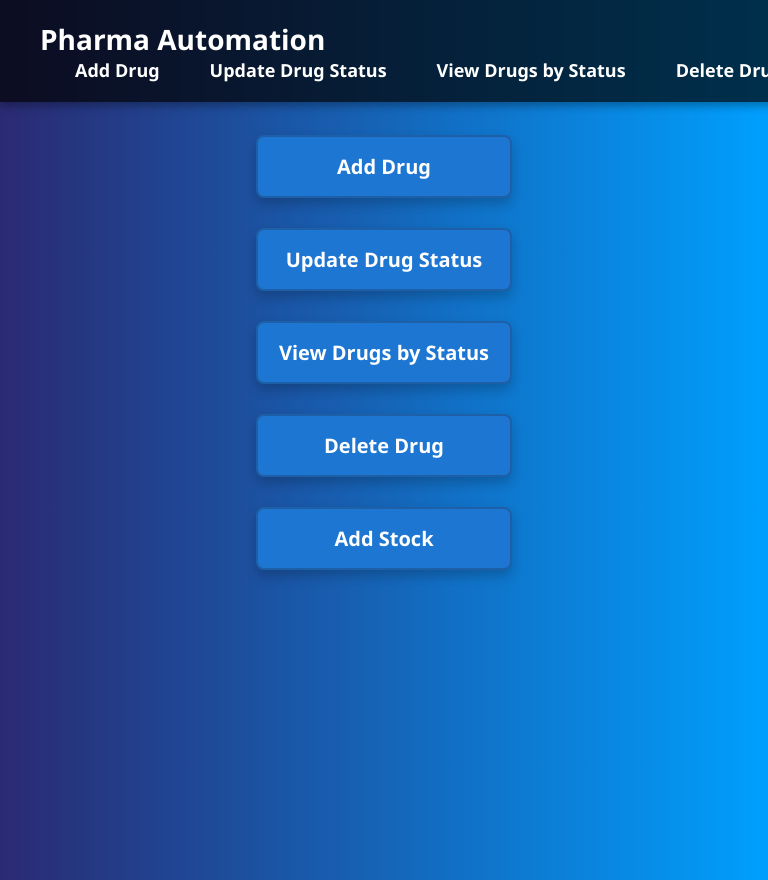
Repository: Clarrieous/Infosys-intern
Page: http://localhost/index
The author's editor kept a copy of each file at every save. The page is drawn from the files as they stood at one save, then again after the next save.
The browser window is 768 px wide. The pictures show the whole page.
The page is this project's Thymeleaf template; nobody is signed in. The template is opened directly, without the code that normally fills it, so the values that code supplies are empty.

Above is the page before, as saved 2024-12-08 12:31:34.

### ClientService/src/main/resources/templates/index.html
<!DOCTYPE html>
<html xmlns:th="http://www.thymeleaf.org">
<head>
    <meta charset="UTF-8">
    <meta name="viewport" content="width=device-width, initial-scale=1.0">
    <title>Pharma Automation System</title>
    <style>
        body {
            font-family: 'Segoe UI', Tahoma, Geneva, Verdana, sans-serif;
            margin: 0;
            padding: 0;
            background: linear-gradient(to right, #2a2a72, #009ffd);
            color: #fff;
            height: 100vh;
            display: flex;
            flex-direction: column;
            align-items: center;
            padding-top: 80px; /* Added space for the fixed navbar */
        }

        .navbar {
            width: 100%;
            position: fixed; /* Fix the navbar to the top */
            top: 0;
            left: 0;
            display: flex;
            justify-content: space-between;
            align-items: center;
            padding: 20px 40px;
            background-color: rgba(0, 0, 0, 0.7);
            box-shadow: 0 4px 8px rgba(0, 0, 0, 0.3);
            z-index: 1000; /* Ensure navbar stays on top */
            flex-wrap: wrap; /* Allow wrapping on smaller screens */
        }

        .navbar h1 {
            margin: 0;
            font-size: 28px;
            font-weight: bold;
            color: #fff;
        }

        .navbar ul {
            list-style-type: none;
            margin: 0;
            padding: 0;
            display: flex;
            flex-wrap: wrap; /* Ensure items wrap on small screens */
        }

        .navbar ul li {
            margin-left: 20px;
        }

        .navbar ul li a {
            color: white;
            text-decoration: none;
            font-size: 18px;
            font-weight: 600;
            transition: color 0.3s;
            padding: 10px 15px;
            border-radius: 4px;
        }

        .navbar ul li a:hover {
            background-color: #1873b7;
            color: white;
        }

        .button-list {
            display: flex;
            flex-direction: column;
            justify-content: center;
            align-items: center;
            margin-top: 40px;
        }

        .button-list a {
            display: block;
            width: 220px;
            text-align: center;
            padding: 16px;
            margin: 15px 0;
            font-size: 20px;
            font-weight: bold;
            color: #fff;
            background-color: #1c76d2;
            text-decoration: none;
            border: 2px solid #1e60a8;
            border-radius: 8px;
            transition: all 0.3s ease;
            box-shadow: 0 6px 12px rgba(0, 0, 0, 0.2);
        }

        .button-list a:hover {
            background-color: #1873b7;
            color: white;
            transform: translateY(-5px);
            box-shadow: 0 8px 16px rgba(0, 0, 0, 0.3);
        }


    </style>
</head>
<body>

    <div class="navbar">
        <h1>Pharma Automation</h1>
        <ul>
            <li><a th:href="@{/addDrug}">Add Drug</a></li>
            <li><a th:href="@{/updateStatus}">Update Drug Status</a></li>
            <li><a th:href="@{/viewDrugStatus}">View Drugs by Status</a></li>
            <li><a th:href="@{/deleteDrug}">Delete Drug</a></li>
        </ul>
    </div>

    <div class="button-list">
        <a th:href="@{/addDrug}">Add Drug</a>
        <a th:href="@{/updateStatus}">Update Drug Status</a>
        <a th:href="@{/viewDrugStatus}">View Drugs by Status</a>
        <a th:href="@{/deleteDrug}">Delete Drug</a>
        <a th:href="@{/addStock}">Add Stock</a>
    </div>

</body>
</html>

After the next save:
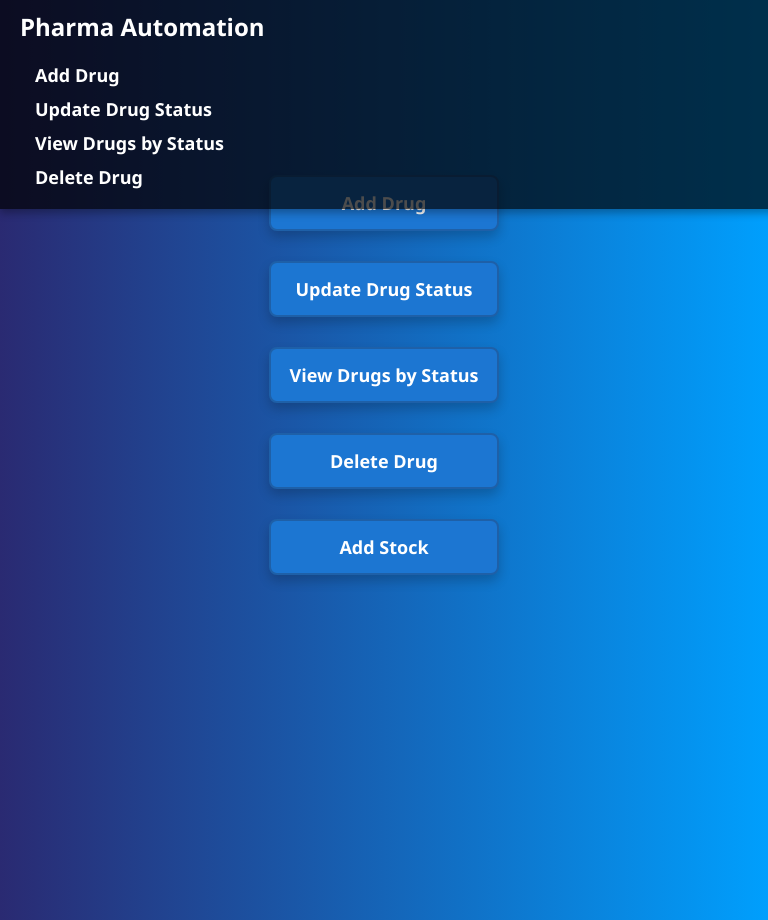
Saved 116 s later.
--- a/ClientService/src/main/resources/templates/index.html
+++ b/ClientService/src/main/resources/templates/index.html
@@ -15,7 +15,7 @@
             display: flex;
             flex-direction: column;
             align-items: center;
-            padding-top: 80px; /* Added space for the fixed navbar */
+            padding-top: 120px; /* Increased space for the fixed navbar */
         }
 
         .navbar {
@@ -99,7 +99,35 @@
             box-shadow: 0 8px 16px rgba(0, 0, 0, 0.3);
         }
 
+        @media (max-width: 768px) {
+            .navbar {
+                flex-direction: column;
+                align-items: flex-start;
+                padding: 10px 20px;
+            }
 
+            .navbar h1 {
+                font-size: 24px;
+                margin-bottom: 10px;
+            }
+
+            .navbar ul {
+                flex-direction: column;
+                align-items: flex-start;
+                margin-top: 10px;
+            }
+
+            .navbar ul li {
+                margin-left: 0;
+                margin-bottom: 10px;
+            }
+
+            .button-list a {
+                width: 90%;
+                font-size: 18px;
+                padding: 14px;
+            }
+        }
     </style>
 </head>
 <body>
